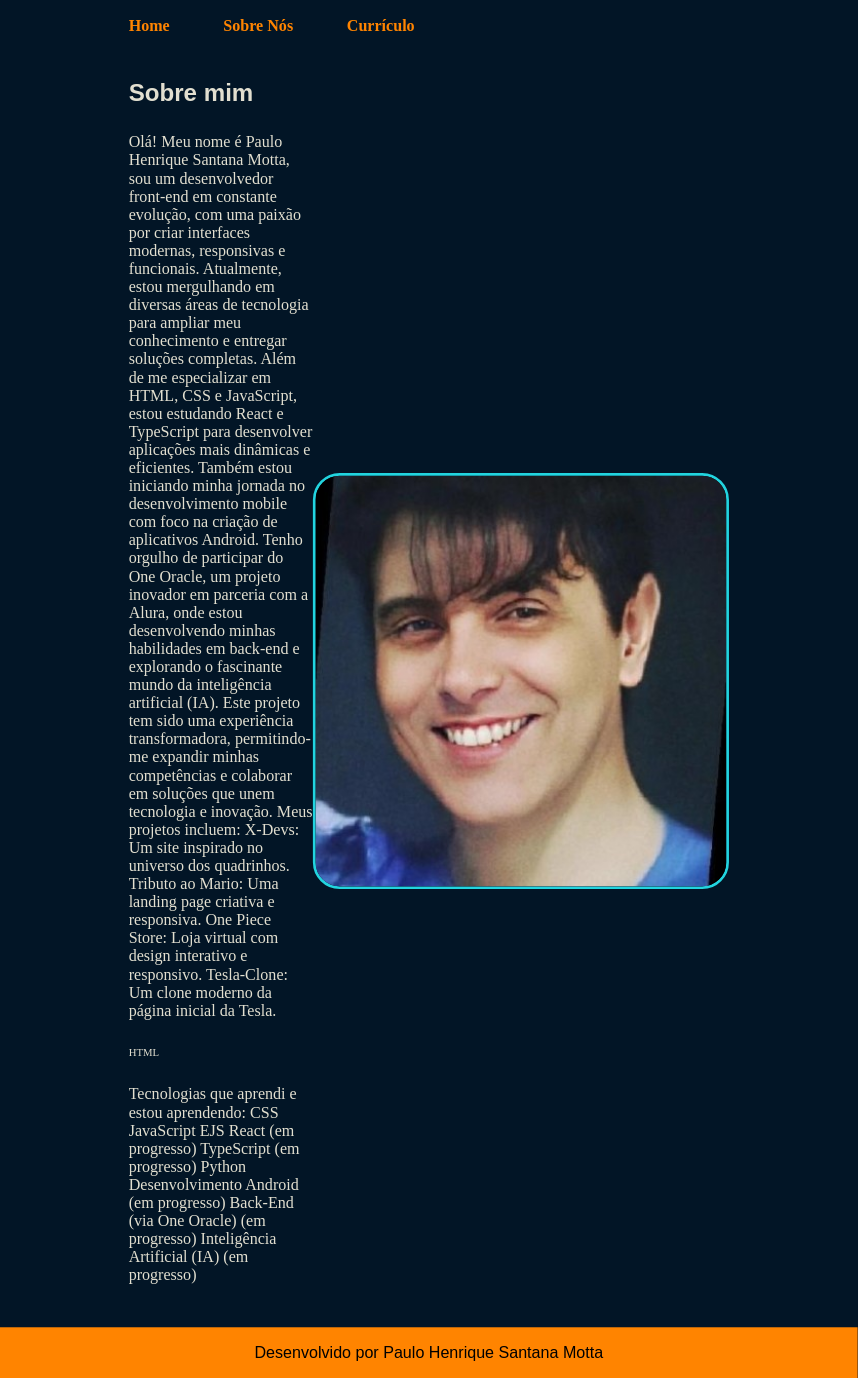
Repository: phsmottanerd/projeto-portfolio-alura
Page: about.html
An editor plug-in stored every save of this project. The page is shown before and after the next save, followed by the edit.
The browser window is 1280 px wide. The pictures show the whole page, at 67% of full size.
Some web fonts or font styles are not loaded; a fallback is used.

Above is the page before, as saved 2025-01-30 01:18:52.

After the next save:
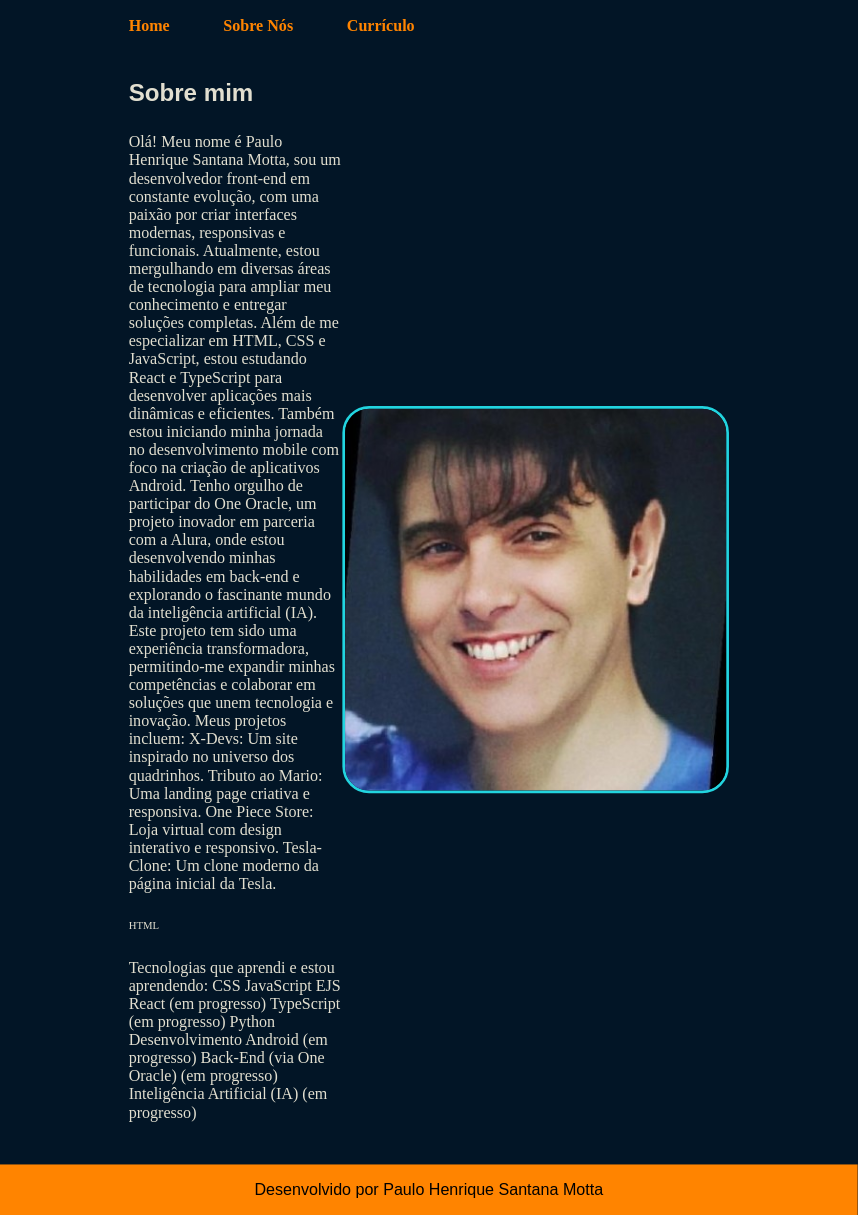
Saved 16 s later.
--- a/estilos/style.css
+++ b/estilos/style.css
@@ -112,7 +112,7 @@ body {
 .apresentacao__imagem  {
   border-radius: 40px;
   border: 4px solid #22d4Df;
-  width: 1000px;
-  heighit: 1000px;
+  width: 800px;
+  heighit: 800px;
   gap:2px;
 }
